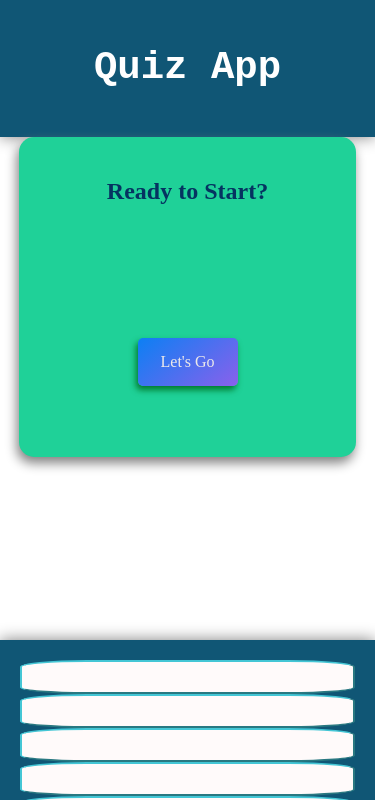
Repository: tpic12/quiz_app
Page: index.html
An editor plug-in stored every save of this project. The page is shown before and after the next save, followed by the edit.
The browser window is 375 px wide. The pictures show the whole page.

Above is the page before, as saved 2019-12-28 15:13:56.

### index.html
<!DOCTYPE html>
<html lang="en">

<head>
  <meta charset="UTF-8">
  <meta name="viewport" content="width=device-width, initial-scale=1.0">
  <meta http-equiv="X-UA-Compatible" content="ie=edge">
  <title>Quiz App</title>
  <link href="https://cdnjs.cloudflare.com/ajax/libs/normalize/8.0.1/normalize.min.css" rel="stylesheet"
    type="text/css" />
  <link href="app.css" rel="stylesheet" type="text/css" />
</head>

<body>
  <header>
    <section class='banner'>
      <h1>Quiz App</h1>
    </section>
  </header>
  <main class='display'>

  </main>
  <footer>
    <section class='counts'>
        <div class='count 0'></div>
        <div class='count 1'></div>
        <div class='count 2'></div>
        <div class='count 3'></div>
        <div class='count 4'></div>
        <div class='count 5'></div>
        <div class='count 6'></div>
        <div class='count 7'></div>
    </section>
  </footer>
  <script src="https://code.jquery.com/jquery-3.4.1.slim.js" crossorigin="anonymous"></script>
  <script src="app.js"></script>
</body>

</html>

### app.css
/* Your styles should be mobile-first and responsive */

/**
  * If you are unclear on how to utilize a mobile-first, responsive technique to write your CSS, here is an example:
  *
  * https://github.com/andreacardybailey/responsive_example/blob/master/styles/responsive-base.css
  *
*/
* {
  box-sizing: border-box;
  margin: 0 auto;
}

.banner h1 {
  font-family: monospace;
  font-size: 3em;
}

.banner,
footer {
  color: white;
  font-family: monospace;
  padding: 20px;
  width: 100%;
  text-align: center;
  background-color: hsl(198, 76%, 26%);
  box-shadow: 0px 0px 15px grey;
  border-bottom: none;
  left: 0;
}

.main_card {
  display: flex;
  min-width: 40vw;
  min-height: 40vh;
  text-align: center;
  justify-content: center;
  align-content: space-around;
  background-color: hsl(161, 74%, 47%);
  border-radius: 15px;
  padding: 20px;
  border: none;
  box-shadow: -2px 6px 12px grey;
}

button {
  margin: 30%;
  margin-bottom: 10%;
  color: hsl(0, 7%, 92%);
  background: linear-gradient(140deg, hsl(210, 91%, 50%), hsl(258, 78%, 65%));
  border: none;
  max-width: 130px;
  min-width: 100px;
  border-radius: 5px;
  padding: 15px;
  box-shadow: -2px 4px 6px hsl(142, 98%, 24%);
}

.main_card > form#qForm {
  display: flex;
  flex-flow: row nowrap;
  justify-content: center;
  text-align: center;
}
/*
.mid-card {
  display: flex;
  flex-flow: column wrap;
  margin: auto;
  margin-top: 100px;
  max-width: 400px;
  min-width: 200px;
  text-align: center;
  align-items: center;
  background-color: hsl(161, 74%, 47%);
  border-radius: 15px;
  padding: 20px;
  border: none;
  box-shadow: -2px 6px 12px grey;
}
*/
.main_card > h2 {
  justify-self: center;
  font-weight: bolder;
  color: hsl(210, 90%, 20%);
}

input {
  margin: 5px 20px;
}

footer {
  position: fixed;
  bottom: 0;
  left: 0;
  max-height: 20vh;
}

.counts {
  display: flex;
  justify-content: space-evenly;
}

.count {
  border: 2px outset hsl(186, 63%, 55%);
  font-family: 'Gill Sans', 'Gill Sans MT', Calibri, 'Trebuchet MS', sans-serif;
  border-radius: 20%;
  flex-direction: row;
  width: 12vw;
  height: 12vh;
  background-color: hsl(0, 100%, 99%);
  padding: 15px;
  -webkit-border-radius: 20%;
  -moz-border-radius: 20%;
  -ms-border-radius: 20%;
  -o-border-radius: 20%;
}

h1 {
  font-family: sans-serif;
}

.green {
  background-color: green !important;
}

.red {
  background-color: red !important;
}

#snackbar > p {
  visibility: hidden;
  min-width: 15vw;

  color: #fff;
  text-align: center;
  align-content: flex-start;
  padding: 5px;
  position: absolute;
  z-index: 1;
  left: ;
  top: -30px;
}

#snackbar.show {
  visibility: visible;
  /-webkit-animation: fadein 0.5s, fadeout 0.5s 2.5s;
  animation: fadein 0.5s, fadeout 0.5s 2.5s;
}

@media screen and (max-width: 450px) {
  .main_card {
    flex-flow: row wrap;
    max-width: 90vw;
  }

  section.main_card > form > input,
  section.main_card > form > label {
    display: block;
  }

  .counts {
    flex-direction: column;
  }

  .count {
    width: 100%;
    height: 20px;
    align-items: center;
  }
}

### app.js
/**
 * Example store structure
 */
'use strict';

const STORE = {
  // 5 or more questions are required
  questions: [
    {
      question: 'How many items in a bakers dozen??',
      answers: ['11', '12', '13', '3'],
      correctAnswer: '13'
    },
    {
      question: 'What month is Oktoberfest held?',
      answers: ['September', 'October', 'Every Month', 'August'],
      correctAnswer: 'September'
    },
    {
      question: 'What color is an Orange Blossom?',
      answers: ['Red', 'Orange', 'Pink', 'White'],
      correctAnswer: 'White'
    },
    {
      question: 'Where did the Panama Hat originate?',
      answers: ['Ecuador', 'Panama', 'China', 'Cuba'],
      correctAnswer: 'Ecuador'
    },
    {
      question: 'What are toy marbles made from?',
      answers: ['Plastic', 'Quartz', 'Diamond', 'Glass'],
      correctAnswer: 'Glass'
    },
    {
      question: 'How many gallons are in a ten-gallon hat?',
      answers: [
        'Half a Gallon',
        'Ten-Gallons',
        'Three-Fourths of a Gallon',
        'Give-Gallon'
      ],
      correctAnswer: 'Three-Fourths of a Gallon'
    },
    {
      question: 'What is the biggest animal to ever live?',
      answers: ['Mammoth', 'T-Rex', 'Blue Whale', 'Brontosaurus'],
      correctAnswer: 'Blue Whale'
    },
    {
      question: 'Where is the red-bellied woodpecker predominately red?',
      answers: ['Head', 'Wings', 'Feet', 'Belly'],
      correctAnswer: 'Head'
    }
  ],
  questionNumber: 0,
  score: 0,
  quizStart: false
};

/**
 *
 * Your app should include a render() function, that regenerates
 * the view each time the store is updated. See your course
 * material, consult your instructor, and reference the slides
 * for more details.
 *
 * NO additional HTML elements should be added to the index.html file.
 *
 * You may add attributes (classes, ids, etc) to the existing HTML elements, or link stylesheets or additional scripts if necessary
 *
 */

/**
 * This function renders the quiz after you start, ...
 * answer a question, or restart the quiz
 */
function renderStartQuiz() {
  const mainCard = `<section class="main_card">
      <h2>Ready to Start?</h2>
      <button type='submit' id='start_quiz'>Let's Go</button>
    </section>`;

  $('.display').html(mainCard);

  $('.display').on('click', '#start_quiz', function(event) {
    event.preventDefault();
    STORE.quizStart = true;
    $('.main_card')
      .children()
      .remove();
    handleQuiz();
  });
}
/**
 * renders question one at a time depending on question number
 */
function renderQuestion() {
  if (
    STORE.questionNumber === STORE.questions.length &&
    STORE.questionNumber > 1
  ) {
    renderResults();
  } else {
    const qCard = `<h2>${STORE.questions[STORE.questionNumber].question}</h2>
    <form id="qForm">
        <input type='radio' name='answer' id='q1' value="${
          STORE.questions[STORE.questionNumber].answers[0]
        }"/><label for='q1' id='0'>${
      STORE.questions[STORE.questionNumber].answers[0]
    }</label>
        <input type='radio' name='answer' id='q2' value="${
          STORE.questions[STORE.questionNumber].answers[1]
        }"/><label for='q2' id='1'>${
      STORE.questions[STORE.questionNumber].answers[1]
    }</label><br>
        <input type='radio' name='answer' id='q3' value="${
          STORE.questions[STORE.questionNumber].answers[2]
        }"/><label for='q3' id='2'>${
      STORE.questions[STORE.questionNumber].answers[2]
    }</label>
        <input type='radio' name='answer' id='q4' value="${
          STORE.questions[STORE.questionNumber].answers[3]
        }"/><label for='q4' id='3'>${
      STORE.questions[STORE.questionNumber].answers[3]
    }</label><br>
    </form>
    <button type='submit' id='submit_answer'>Final Answer</button>`;

    $('.main_card').html(qCard);
    $('input:checked').on('su');
    $('.main_card').on('click', '#submit_answer', function(event) {
      event.preventDefault();
      checkAnswer();
      //original next question spot

      $('.main_card')
        .children()
        .remove();

      handleQuiz();
    });
  }
}
/**
 * renders results page

 */

function generateResults(finalScore, numberOfQuestions) {
  return `<h2>You scored ${finalScore} out of ${numberOfQuestions}!</h2><button id='restart'>Restart Quiz</button>`;
}

/* Render results element with button that restarts the quiz*/
function renderResults() {
  let score = STORE.score;
  let num = STORE.questionNumber;

  $('.main_card').html(generateResults(score, num));
  $('#restart').click(function(event) {
    event.preventDefault();
    console.log('Restarting Quiz');

    STORE.questionNumber = 0;
    STORE.score = 0;
    $('.count')
      .removeClass('snackbar')
      .removeClass('red')
      .removeClass('green')
      .removeClass('show')
      .text('');
    renderStartQuiz();
  });
}

/**
 * this function checks the correctnes of the answer
 */
function checkAnswer() {
  let form = document.getElementById('qForm');
  let ans = form['answer'];
  for (let i = 0; i < ans.length; i++) {
    //is a button checked
    if (ans[i].checked) {
      //compare value of ans[i] to correct answer
      if (
        ans[i].value === STORE.questions[STORE.questionNumber].correctAnswer
      ) {
        scoreKeeper(true);
      } else {
        scoreKeeper(false);
      }
    }
  }
}

function generateAnswerSnackbar(questionAnswer) {
  return `<div class=.${STORE.questionNumber}>
              <p>Sorry, the correct answer is ${questionAnswer}</p>
          </div>`;
}

function scoreKeeper(bool) {
  if (bool === true) {
    console.log('plus 1 point');
    STORE.score++;
    $(`.${STORE.questionNumber}`)
      .addClass('green')
      .addClass('snackbar')
      .html(`<p>Correct!</p>`);
    $('section.main_card');
    console.log('next q!');
    STORE.questionNumber++;
  }
  if (bool === false) {
    console.log('no points for you');
    $(`.${STORE.questionNumber}`)
      .addClass('red')
      .addClass('snackbar')
      .html(
        generateAnswerSnackbar(
          STORE.questions[STORE.questionNumber].correctAnswer
        )
      );
    console.log('next q!');
    STORE.questionNumber++;
  }
}

function handleQuiz() {
  if (STORE.quizStart === false) {
    renderStartQuiz();
  } else {
    renderQuestion();
  }
}

$(handleQuiz);

After the next save:
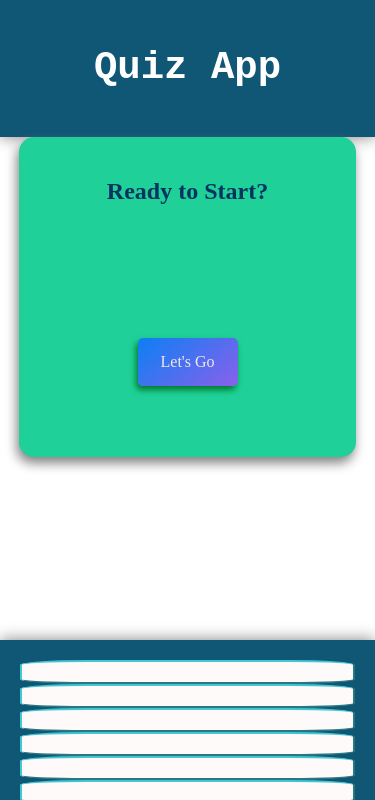
Saved 17 s later.
--- a/app.css
+++ b/app.css
@@ -166,6 +166,6 @@
   .count {
     width: 100%;
     height: 20px;
-    align-items: center;
+    padding-bottom: 5px;
   }
 }

After the save that followed:
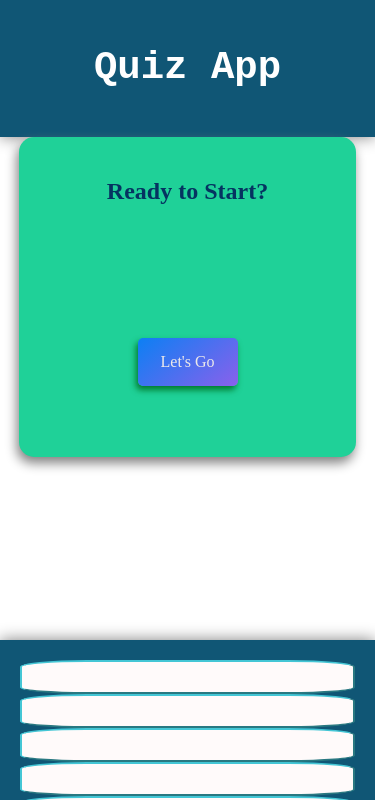
Saved 19 s later.
--- a/app.css
+++ b/app.css
@@ -165,7 +165,6 @@
 
   .count {
     width: 100%;
-    height: 20px;
-    padding-bottom: 5px;
+    height: 25px;
   }
 }
